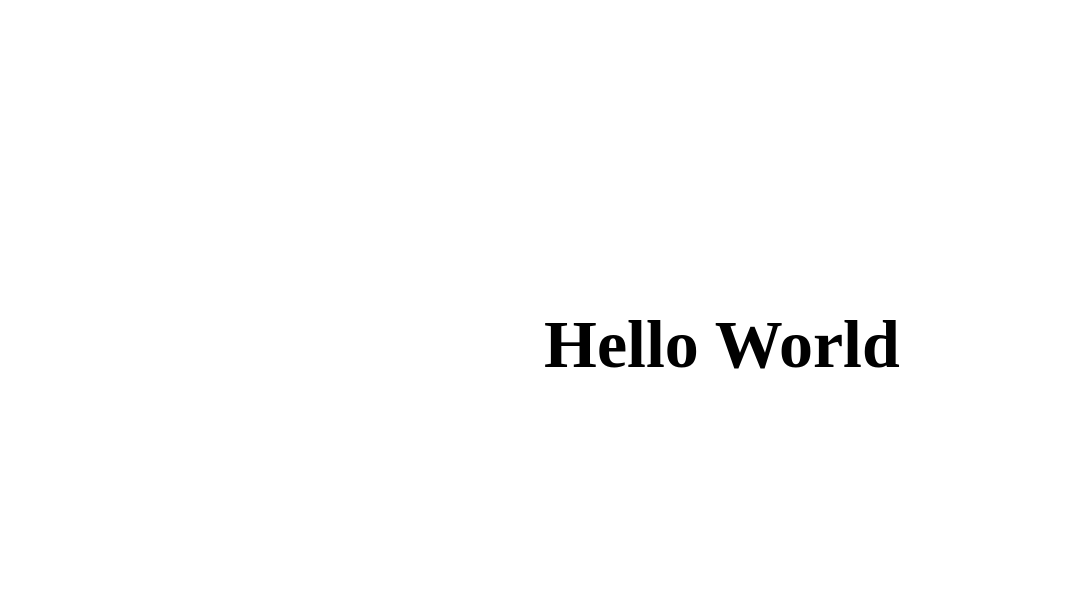
Repository: sarahlochhead/css-demo
Page: index.html
These files come from the project's save history. The page is drawn as it stood at one moment and after a run of saves; the edit follows.
The browser window is 1280 px wide. The pictures show the whole page, at 85% of full size.

Above is the page before, as saved 2023-04-28 12:16:58.

After the next 2 saves:
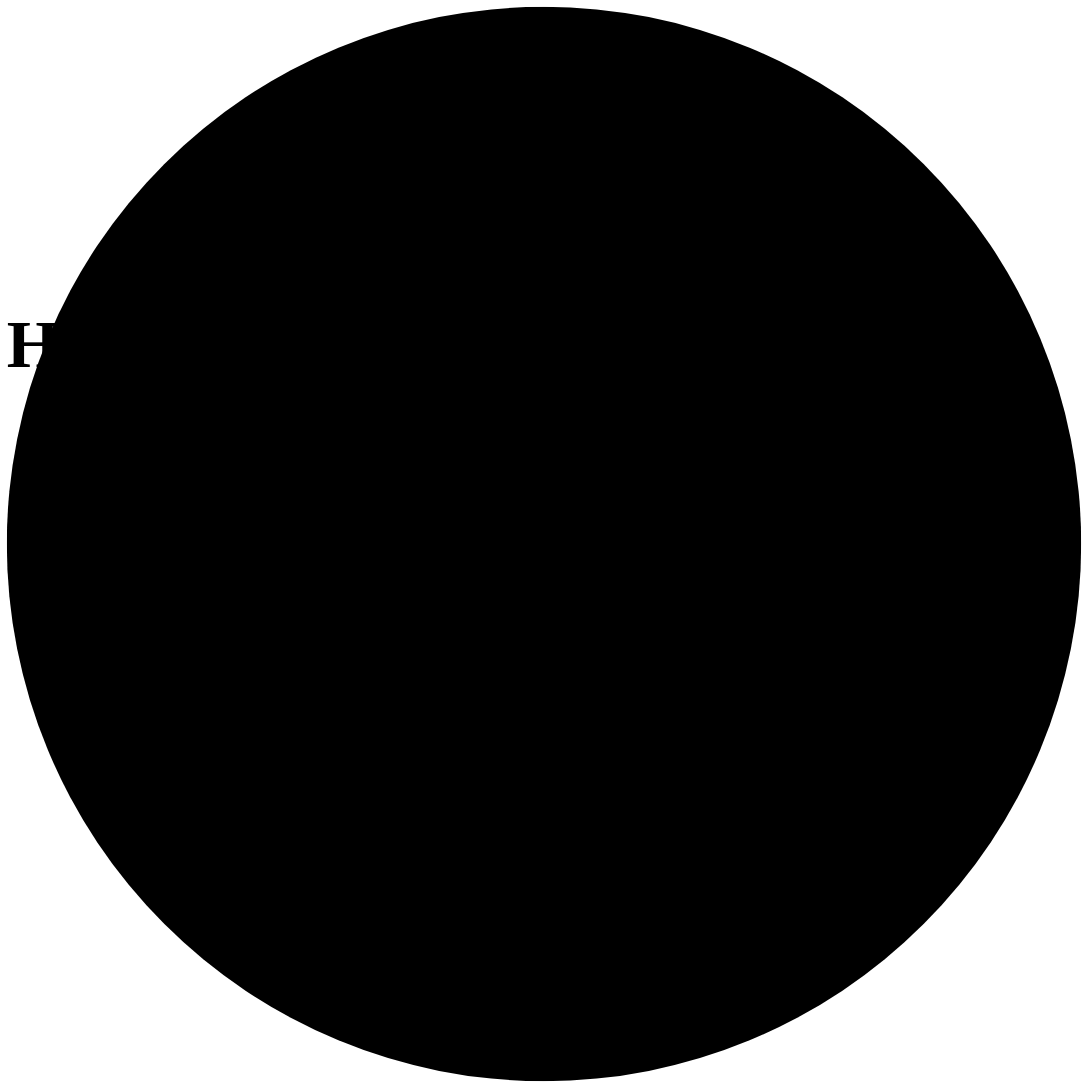
The 2 saves are shown as one change because they came seconds apart.
The last was saved 33 s later.
--- a/index.html
+++ b/index.html
@@ -11,7 +11,9 @@
     <header>
         <h1>Hello World</h1>
     </header>
-
+    <svg viewBox="0 0 100 100" xmlns="http://www.w3.org/2000/svg">
+        <circle cx="50" cy="50" r="50" />
+    </svg>
 
 
 
